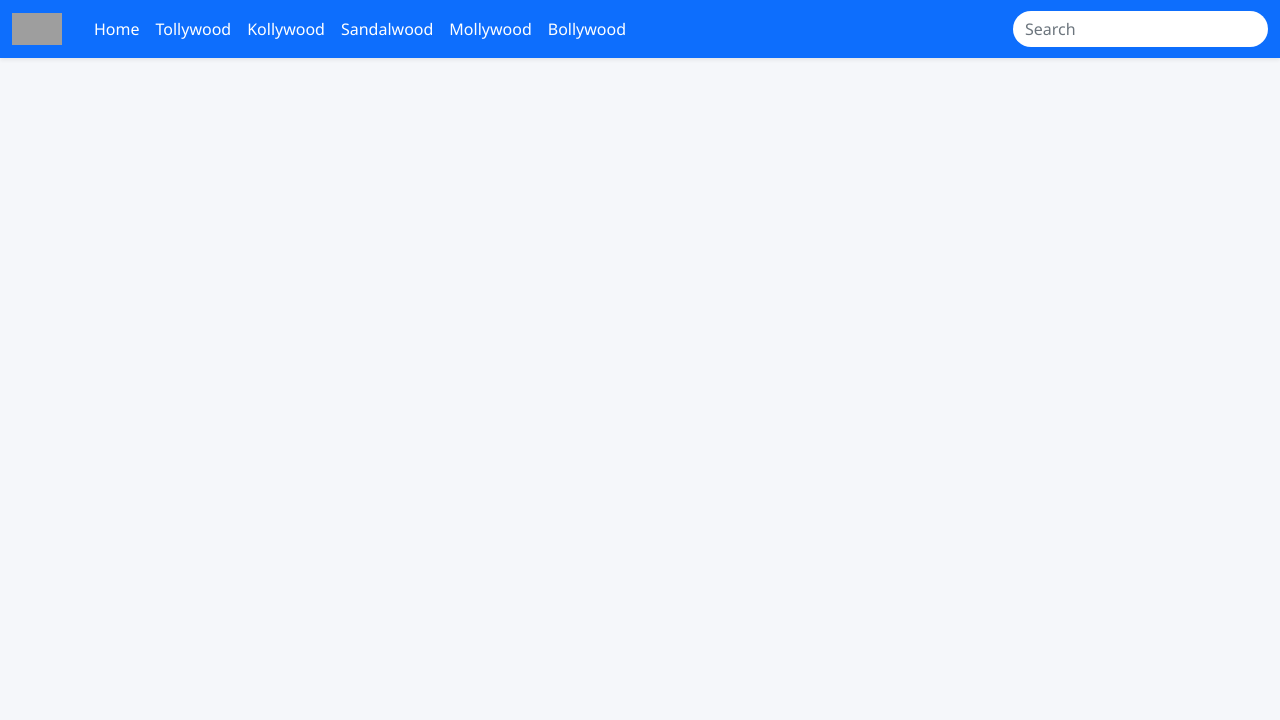
Repository: chandu7777158/Movies_spot
Page: /
An editor plug-in stored every save of this project. The page is shown before and after the next save, followed by the edit.
The browser window is 1280 px wide. The pictures show the whole page.
Pictures or frames that could not be fetched are drawn as grey boxes. The project was rebuilt for these pictures with package versions that can differ from the ones it lists, and the page was loaded fresh each time. Also part of the build but not shown: vite.config.js.

Above is the page before, as saved 2026-01-23 09:11:41.

After the next save:
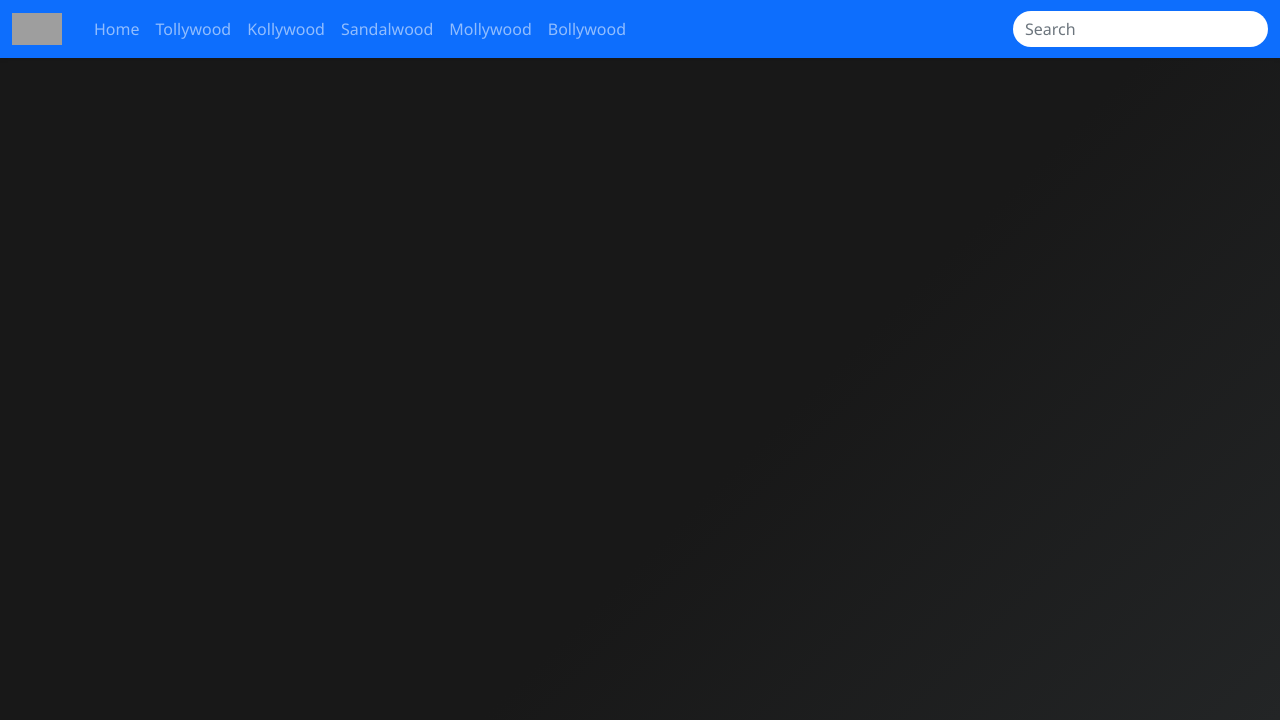
Saved 6 s later.
--- a/src/index.css
+++ b/src/index.css
@@ -1,28 +1,21 @@
 body {
-	background: #f5f7fa;
+	background: linear-gradient(135deg, #181818 60%, #232526 100%);
 	min-height: 100vh;
-	color: #222;
+	color: #f5f5f5;
 	font-family: 'Segoe UI', 'Roboto', 'Arial', sans-serif;
 	margin: 0;
 }
 
-/* Navbar highlight styles */
-.nav-highlight {
-	color: #fff !important;
-	font-weight: 500;
-	position: relative;
-	transition: color 0.2s, text-shadow 0.2s;
-}
-.nav-highlight:hover,
-.nav-highlight.active {
-	color: #ffe066 !important;
-	text-shadow: 0 2px 8px #0d6efd55;
+.page-section {
+	padding: 2rem 1rem;
+	background: rgba(24, 24, 24, 0.95);
+	border-radius: 12px;
+	box-shadow: 0 2px 16px rgba(0,0,0,0.2);
+	margin: 2rem auto;
+	max-width: 1200px;
 }
 
-/* Rounded search bar */
-.rounded-search .form-control {
-	border-radius: 30px !important;
+/* Accent color for headings and highlights */
+.accent {
+	color: #ffc107;
 }
-.rounded-search .input-group-text {
-	border-radius: 30px 0 0 30px !important;
-}
